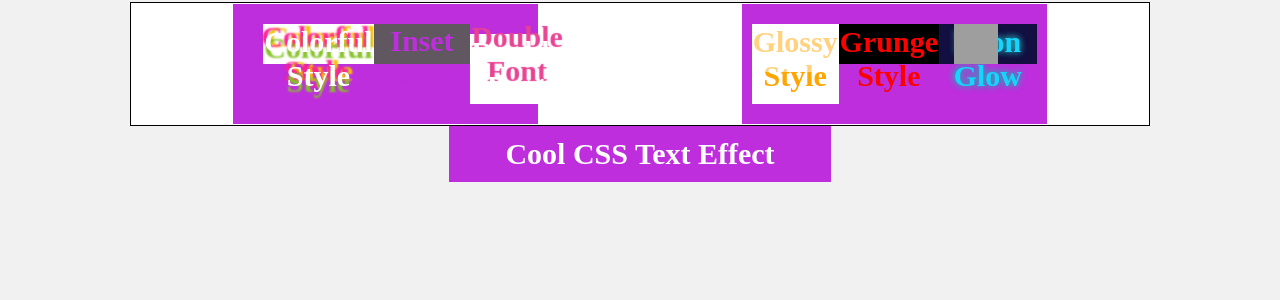
Repository: watermelonfee/HTCNWEB
Page: CSS/Tuan03/Bai2/Bai2b.html
These files come from the project's save history. The page is drawn as it stood at one moment and after the next save; the edit follows.
The browser window is 1280 px wide. The pictures show the whole page.
Pictures or frames that could not be fetched are drawn as grey boxes.

Above is the page before, as saved 2023-03-13 23:08:10.

### CSS/Tuan03/Bai2/Bai2b.html
<!DOCTYPE html>
<html lang="en">

<head>
    <meta charset="UTF-8" />
    <meta name="viewport" content="width=device-width, initial-scale=1.0" />
    <link rel="stylesheet" href="bai2b.css" />
    <title>Bai 2b - html</title>
</head>

<body>
    <div id="content">
        <div id="content2">
            <div id="divID1">Colorful Style</div>
            <div id="divID2">Inset Effect</div>
            <div id="divID3">Double Font</div>
        </div>
        <div id="content3">
            <div id="divID4">
                Glossy Style
                <span id="divID4_span"></span>
            </div>
            <div id="divID5">
                Grunge Style
                <span id="divID5_span"></span>
            </div>
            <div id="divID6">Neon Glow</div>
        </div>
    </div>
    <div id="content2" class="container">
        <p>Cool CSS Text Effect</p>
    </div>
</body>

</html>

### CSS/Tuan03/Bai2/bai2b.css
* {
    margin: 0 auto;
    padding: 1px;
    box-sizing: border-box;
}

body {
    background-color: #f1f1f1;
}

div {
    background-color: white;
    font-size: 30px;
    font-weight: 600;
}

#content {
    width: 80%;
    border: 1px solid;
    display: flex;
    justify-content: space-between;
}

#content2 {
    width: 30%;
    background-color: #be2edd;
    text-align: center;
    font-size: 30px;
    padding: 10px;
    font-weight: 700;
    color: white;
    display: flex;
    justify-content: space-between;
}

#content3 {
    width: 30%;
    background-color: #be2edd;
    text-align: center;
    font-size: 30px;
    padding: 10px;
    font-weight: 700;
    color: white;
    display: flex;
    justify-content: space-between;
}

#divID1 {
    text-shadow: 0 6px 2px #85c226, -3px -5px 2px #fe2192, 3px -5px 2px #f7c200;
    margin-top: 10px;
    margin-bottom: 10px;
    margin-left: 20px;
    height: 40px;
    width: 250px;
    align-items: center;
}

#divID2 {
    padding: 0px 10px 0px 10px;
    color: #be2edd;
    background-color: #615760;
    margin-top: 10px;
    margin-bottom: 10px;
    height: 40px;
    width: 200px;
    align-items: center;
}

#divID3 {
    text-shadow: 0px -15px 1px #e84393;
    margin-top: 20px;
    margin-bottom: 10px;
}

#divID4 {
    position: relative;
    font-weight: bold;
    color: orange;
    margin-top: 10px;
    margin-bottom: 10px;
}

#divID4_span {
    position: absolute;
    display: block;
    top: 0;
    left: 0;
    height: 60%;
    width: 100%;
    z-index: 21;
    /* background: url('../../images/bt-css/glossy.png'); */
    background: linear-gradient(white, rgb(255, 255, 255));
    opacity: 0.5;
}

#divID5 {
    position: relative;
    font-weight: bold;
    color: red;
    margin-top: 10px;
    margin-bottom: 10px;
    background-color: black;
    height: 40px;
    width: 250px;
    align-items: center;
}

#divID5_span {
    position: absolute;
    display: block;
    top: 0;
    left: 115px;
    width: 44%;
    height: 100%;
    z-index: 21;
    background: url('../../images/bt-css/grunge.png');
}

#divID6 {
    background-color: #130f40;
    color: #17D4FE;
    text-shadow: 0px 0px 7px #22a6b3, -1px -1px 7px #22a6b3;
    margin-top: 10px;
    margin-bottom: 10px;
    height: 40px;
    width: 250px;
    align-items: center;
}

After the next save:
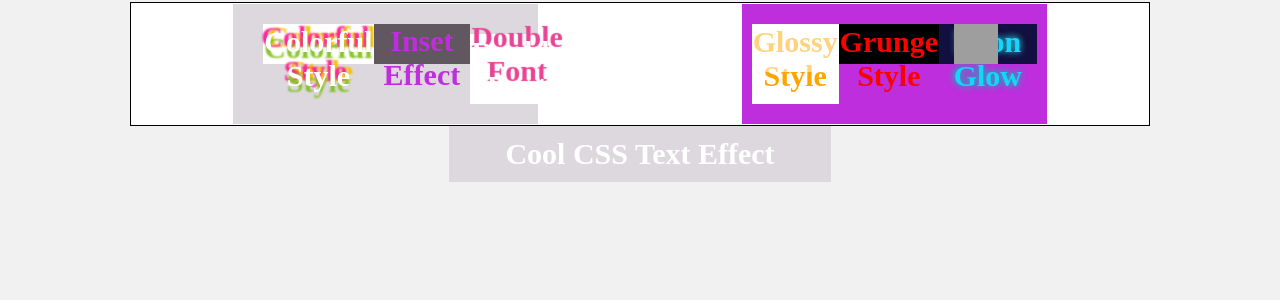
Saved 84 s later.
--- a/CSS/Tuan03/Bai2/bai2b.css
+++ b/CSS/Tuan03/Bai2/bai2b.css
@@ -23,7 +23,7 @@ div {
 
 #content2 {
     width: 30%;
-    background-color: #be2edd;
+    background-color: #ddd8de;
     text-align: center;
     font-size: 30px;
     padding: 10px;
